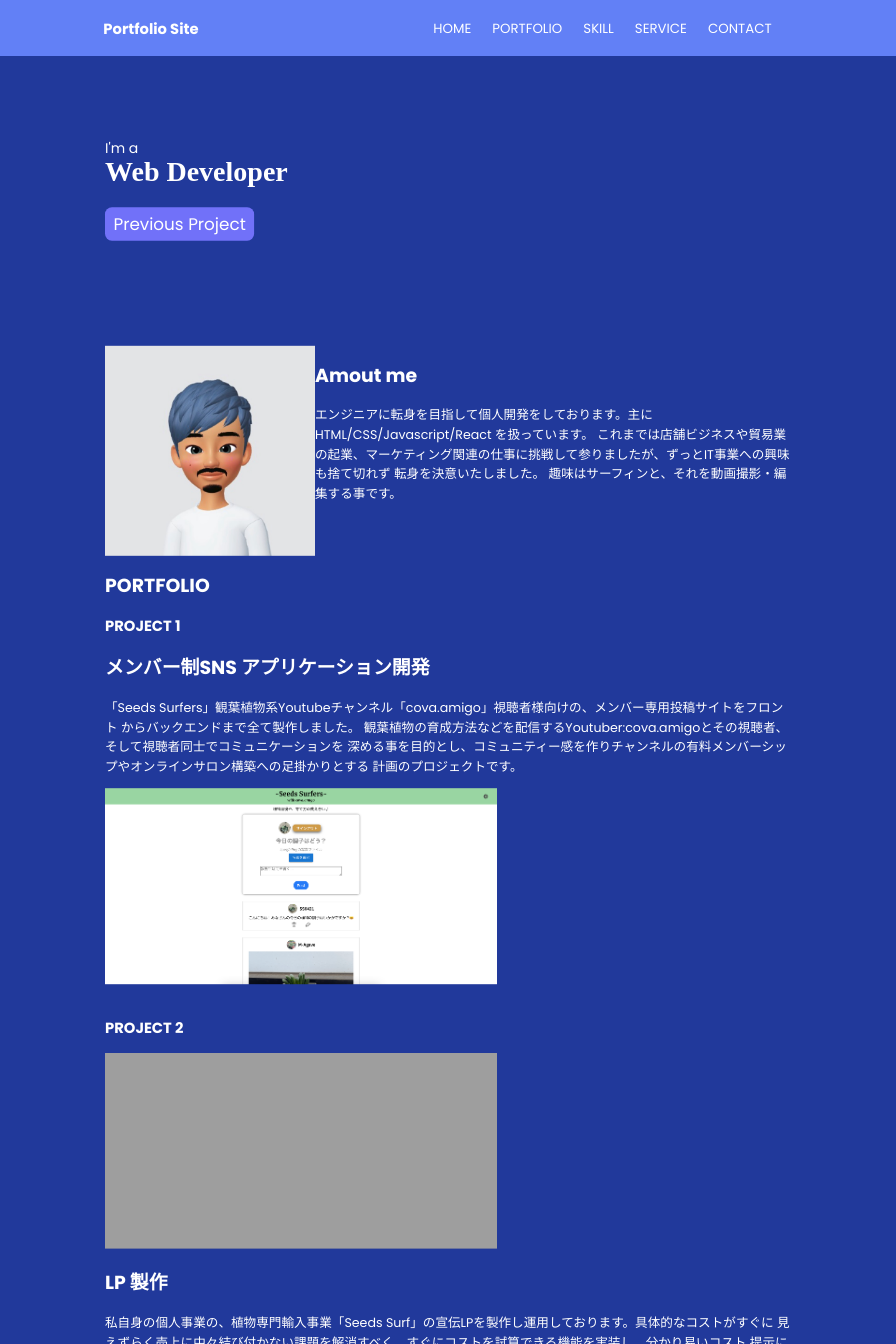
Repository: Seiya00002/my-portfolio-website2
Page: /
The author's editor kept a copy of each file at every save. The page is drawn from the files as they stood at one save, then again after the next save.
The browser window is 1280 px wide. The pictures show the part of the page from y = 0 to 1920 px (the page is 3998 px tall before and 3987 px after), at 70% of full size.
Pictures or frames that could not be fetched are drawn as grey boxes. Some web fonts or font styles are not loaded; a fallback is used. The project was rebuilt for these pictures with package versions that can differ from the ones it lists, and the page was loaded fresh each time.

Above is the page before, as saved 2023-09-24 08:15:13.

After the next save:
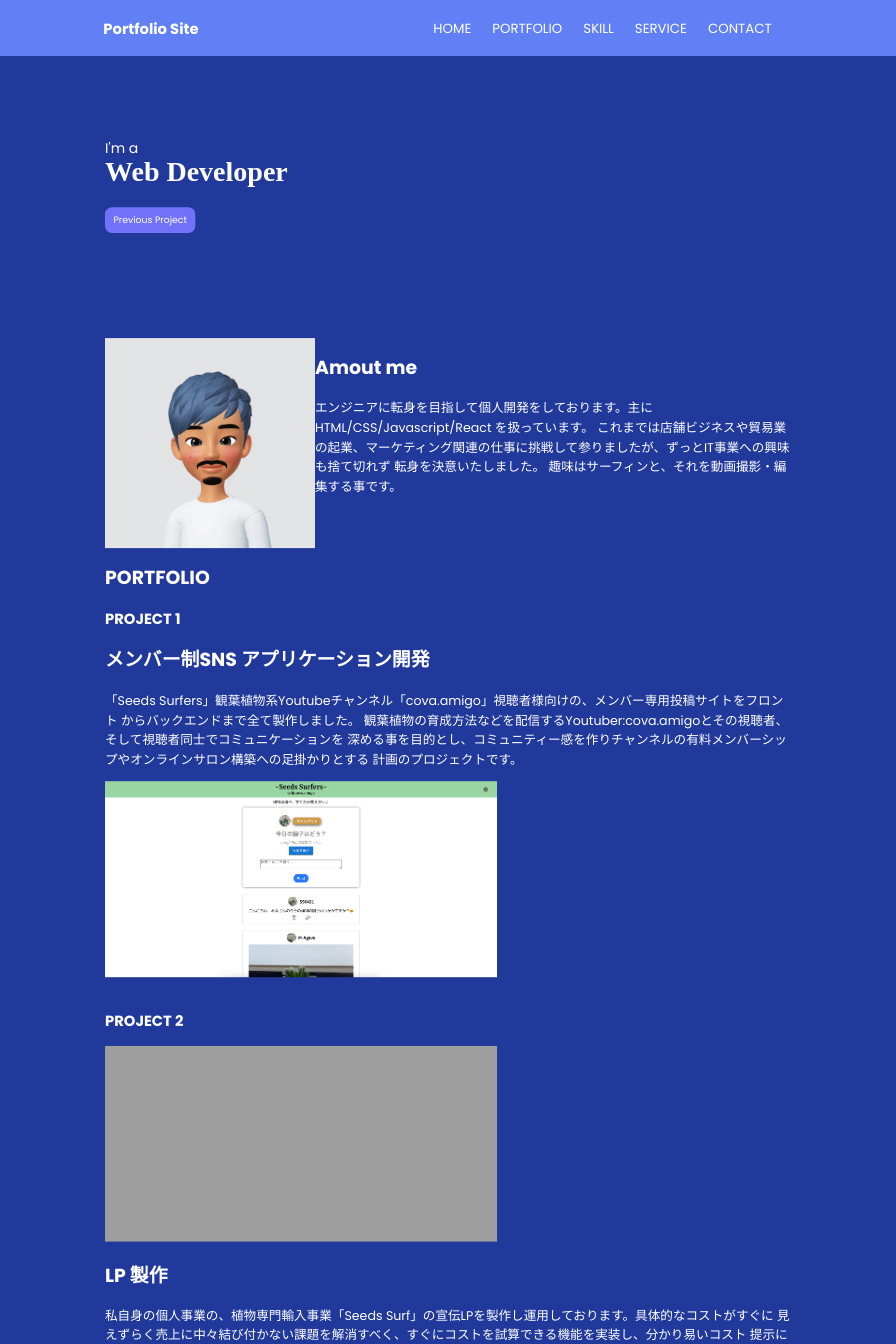
Saved 13 s later.
--- a/src/App.css
+++ b/src/App.css
@@ -65,7 +65,7 @@
 .button {
   display       : inline-block;
   border-radius : 10px;          /* 角丸       */
-  font-size     : 18pt;        /* 文字サイズ */
+  font-size     : 10pt;        /* 文字サイズ */
   text-align    : center;      /* 文字位置   */
   cursor        : pointer;     /* カーソル   */
   padding       : 12px 12px;   /* 余白       */
